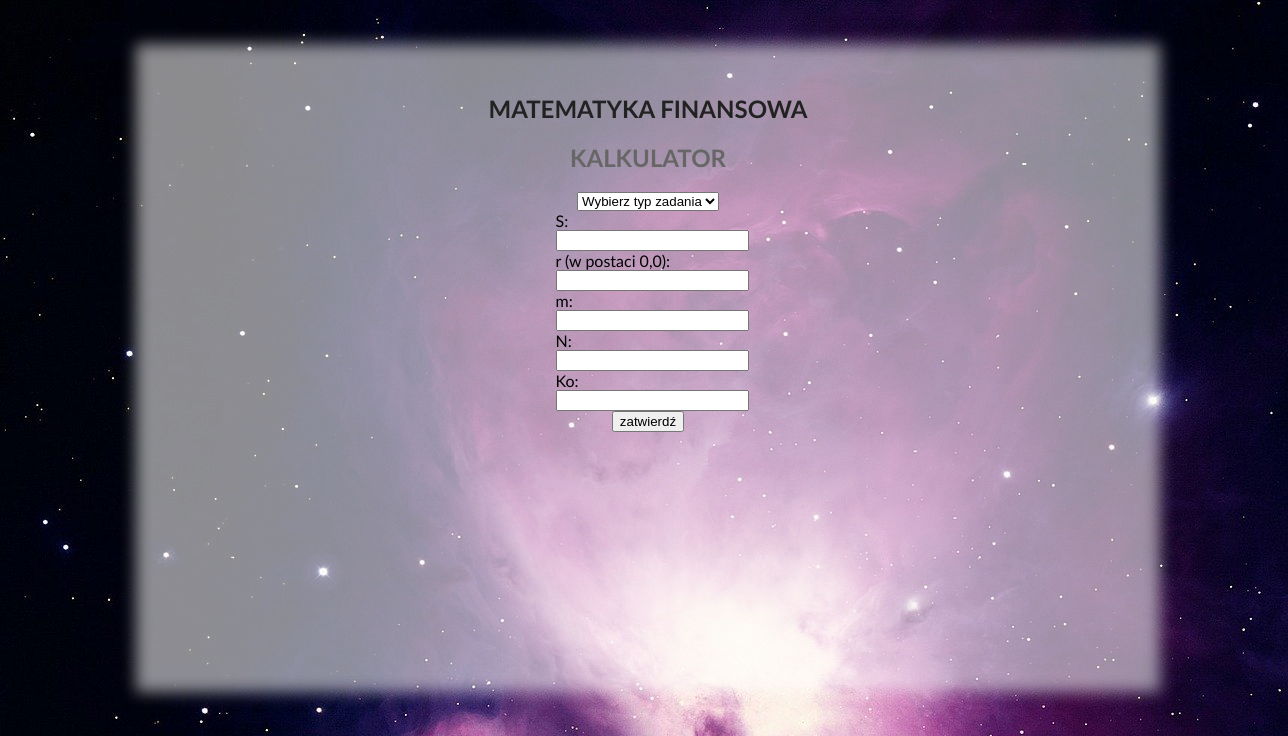
Repository: ravkita/MFCalc
Page: index.html
The author's editor kept a copy of each file at every save. The page is drawn from the files as they stood at one save, then again after the next save.
The browser window is 1280 px wide. The page is 1288 px wide, so the pictures cover 1288 px, including what lies to the right of the window. The pictures show the whole page.

Above is the page before, as saved 2021-04-12 19:41:32.

### index.html
<!DOCTYPE html>
<html lang="en">
<head>
    <meta charset="UTF-8">
    <meta http-equiv="X-UA-Compatible" content="IE=edge">
    <meta name="viewport" content="width=device-width, initial-scale=1.0">
    <title>Kalkulator</title>

    <style type="text/css">
        body{
            font-family: 'Gill Sans', 'Gill Sans MT', Calibri, 'Trebuchet MS', sans-serif;
            background-image: url('bg.jpg');
            width: 100vw;
            height: 100vh;
            overflow: hidden;
            display: flex;
            justify-content: center;
            align-items: center;
        }
        .popout{
            width: 80%;
            height: 90vh;
            position: relative;
        }
        .popout .bg{
            width: 100%;
            height: 100%;
            background: rgba(255, 255, 255, 0.55);
            filter: blur(7.5px);
            position: absolute;
            top: 0;
            left: 0;
            z-index: -1;
        }
        .header{
            width: 100%;
            display: flex;
            flex-direction: column;
            justify-content: center;
            align-items: center;
        }
        .title{
            color: #222;
            margin-top: 50px;
            margin-bottom: 10px;
        }
        .subtitle{
            margin-top: 10px;
            color: #666666;
        }

        #form{
            display: flex;
            flex-direction: column;
            justify-content: center;
            align-items: center;
        }
        .formItem{
            display: flex;
            justify-content: flex-start;
            align-items: flex-start;
            flex-direction: column;
        }
        select, input[type="number"]{
            width: 100%;
        }
    </style>
</head>
<body>
    <section class="popout">
        <div class="bg"></div>
        <header class="header">
            <h1 class="title">MATEMATYKA FINANSOWA</h1>
        <h2 class="subtitle">KALKULATOR</h2>
        </header>
        <form action="" id="form">
            <div class="formItem">
                <select name="type" id="typ">
                <option default>Wybierz typ zadania</option>
                <option value="1">zmienna rata</option>
                <option value="2">zmienne płatności</option>
                <option value="3">narastanie kapitału</option>
            </select>
            </div>
            <div class="formItem"><label for="S">S:</label> <input type="number" name="S" class="s"></div>
            <div class="formItem"><label for="r">r (w postaci 0,0):</label> <input type="number" name="r" class="r"></div>
            <div class="formItem"><label for="m">m:</label> <input type="number" name="m" class="m"></div>
            <div class="formItem"><label for="N">N:</label> <input type="number" name="N" class="N"></div>
            <div class="formItem"><label for="Ko">Ko:</label> <input type="number" name="Ko" class="Ko"></div>
            <input type="button" name="confirm" id="confirm" value="zatwierdź">
        </form>
        <div class="result">

        </div>
    </section>
    <script type="text/javascript">
        let s;
        let r;
        let m;
        let N;
        let q;
        let a;
        let Ko;
        let Sn = [];

        // RATY


        function rataStała(){
            const el = document.createElement("p");
            let t = s/(m*N);
            el.innerText = `T: ${t}`;
            document.querySelector('.result').appendChild(el);
        }
        function rataZmienna(){
            let tn = [];
            let sumaTn = 0;
                for(let i = 1; i<=N*m; i++){
                    const el = document.createElement("p");
                    tn[i-1] = s*((Math.pow(q, i) - Math.pow(q, i-1))/(Math.pow(q, m*N) - 1));
                    sumaTn += tn[i-1];
                    el.innerText = `T${i}: ${tn[i-1]}`;
                    document.querySelector('.result').appendChild(el);
                }
                const suma = document.createElement("p");
            suma.innerText = `Suma rat: ${sumaTn}`;
            document.querySelector('.result').appendChild(suma);
        }

        //KWOTA PŁATNOŚCI

        function kwotaPlatnosciStala(){
            const el = document.createElement("p");
            a = s*Math.pow(q, m*N)*((q-1)/(Math.pow(q, m*N)-1));
            el.innerText = `A: ${a}`;
            document.querySelector('.result').appendChild(el);
        }
        function kwotaPlatnosciZmienna(){
            for(let i = 1; i<=N*m; i++){
                const el = document.createElement("p");
                let an = (s/(N*m))*[1+((N*m)-i+1)*(r/m)];
                el.innerText = `A${i}: ${an}`;
                document.querySelector('.result').appendChild(el);
            }
        }

        // ODSETKI
        function odsetkiPrzyStalejRacie(){
            let sumaOs = 0;
            for(let i = 1; i<=N*m; i++){
                const el = document.createElement("p");
                let On = s*[1-((i-1)/(N*m))]*(r/m);
                sumaOs += On;
                el.innerText = `O${i}: ${On}`;
                document.querySelector('.result').appendChild(el);
            }
            const suma = document.createElement("p");
            suma.innerText = `Suma odsetek: ${sumaOs}`;
            document.querySelector('.result').appendChild(suma);
        }

        function odsetkiPrzyStalejKwocie(){
            saldoPrzyStałejKwocie();
            let On
            let sumaO = 0;
            for(let i = 1; i<=N*m; i++){
                const el = document.createElement("p");
                if(i === 1){
                     On = s*(r/m);
                     sumaO += On;
                }else{
                     On = Sn[i-2]*(r/m);
                     sumaO += On;
                }

                el.innerText = `O${i}: ${On}`;
                document.querySelector('.result').appendChild(el);
            }
            const suma = document.createElement("p");
            suma.innerText = `Suma odsetek: ${sumaO}`;
            document.querySelector('.result').appendChild(suma);
        }


        //SALDO
        function saldoPrzyStałejKwocie(){
            kwotaPlatnosciStala();
            for(let i = 1; i<=N*m; i++){
                const el = document.createElement("p");
                Sn[i-1] = s*(Math.pow((1+(r/m)), i)) - a*((Math.pow((1+(r/m)), i)-1)/((1+(r/m))-1));
                el.innerText = `S${i}: ${Sn[i-1]}`;
                document.querySelector('.result').appendChild(el);
            }
        }

        function saldoPrzyStałejRacie(){
            for(let i = 1; i<=N*m; i++){
                const el = document.createElement("p");
                let SnS = s*(1-(i/(N*m)));
                el.innerText = `S${i}: ${SnS}`;
                document.querySelector('.result').appendChild(el);
            }
        }


        //NARASTANIE KAPITAŁU

        function narastanieKapitału(){
            for(let i = 1; i<=N; i++){
                const el = document.createElement("p");
                let Kn = Ko*(Math.pow((1+(r/m)), i*m));
                el.innerText = `K${i}: ${Kn}`;
                document.querySelector('.result').appendChild(el);
            }
        }



        function getData(){
            document.getElementById('confirm').addEventListener('click', (e) =>{
                s = document.querySelector('.s').value;
                r = document.querySelector('.r').value;
                m = document.querySelector('.m').value;
                N = document.querySelector('.N').value;
                Ko = document.querySelector('.Ko').value;
                q = 1+(r/m);
                let type = document.querySelector('#typ').value;
                document.querySelector('.result').innerHTML="";

                switch (type){
                    case "1":
                    rataZmienna();
                    kwotaPlatnosciStala();
                    odsetkiPrzyStalejKwocie()
                    break;
                    case "2":
                    rataStała();
                    kwotaPlatnosciZmienna();
                    odsetkiPrzyStalejRacie();
                    saldoPrzyStałejRacie();
                    break;
                    case "3":
                    narastanieKapitału();
                }
            });
        }
        getData();
    </script>
</body>
</html>

After the next save:
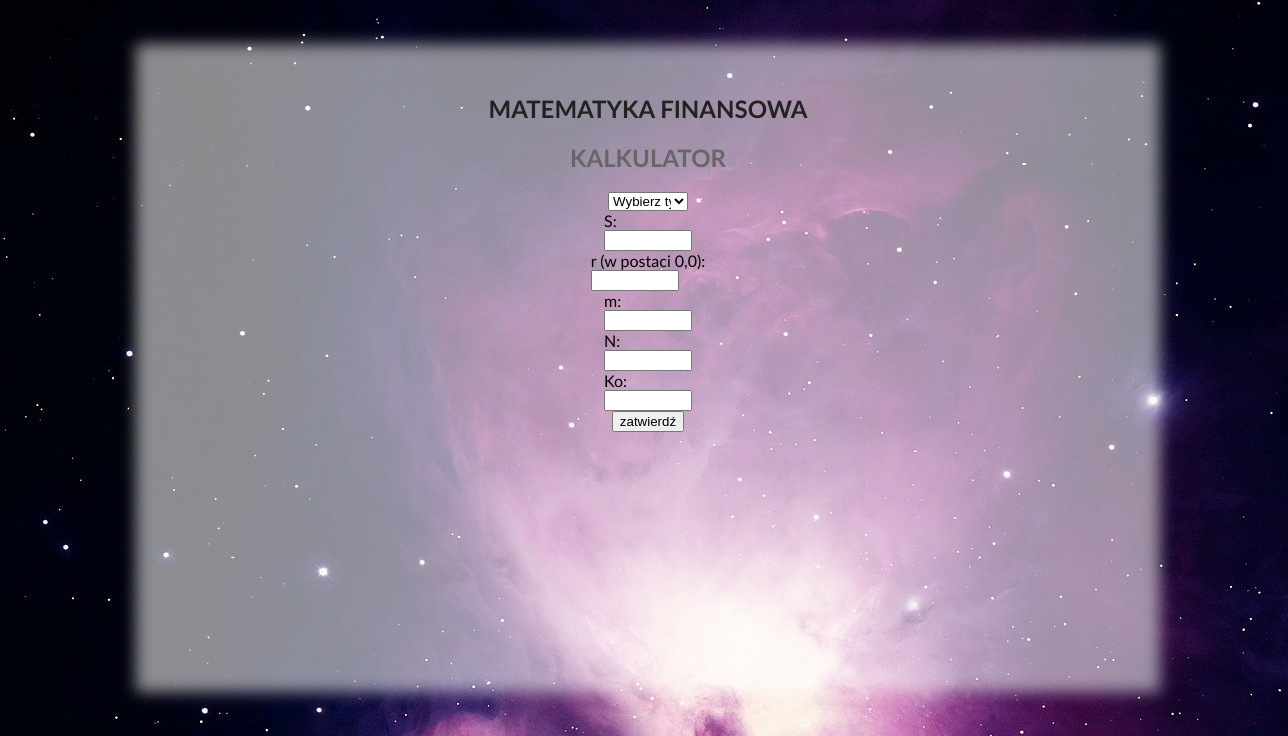
Saved 24 s later.
--- a/index.html
+++ b/index.html
@@ -62,7 +62,7 @@
             flex-direction: column;
         }
         select, input[type="number"]{
-            width: 100%;
+            width: calc(100vh/4 - 100px);
         }
     </style>
 </head>
